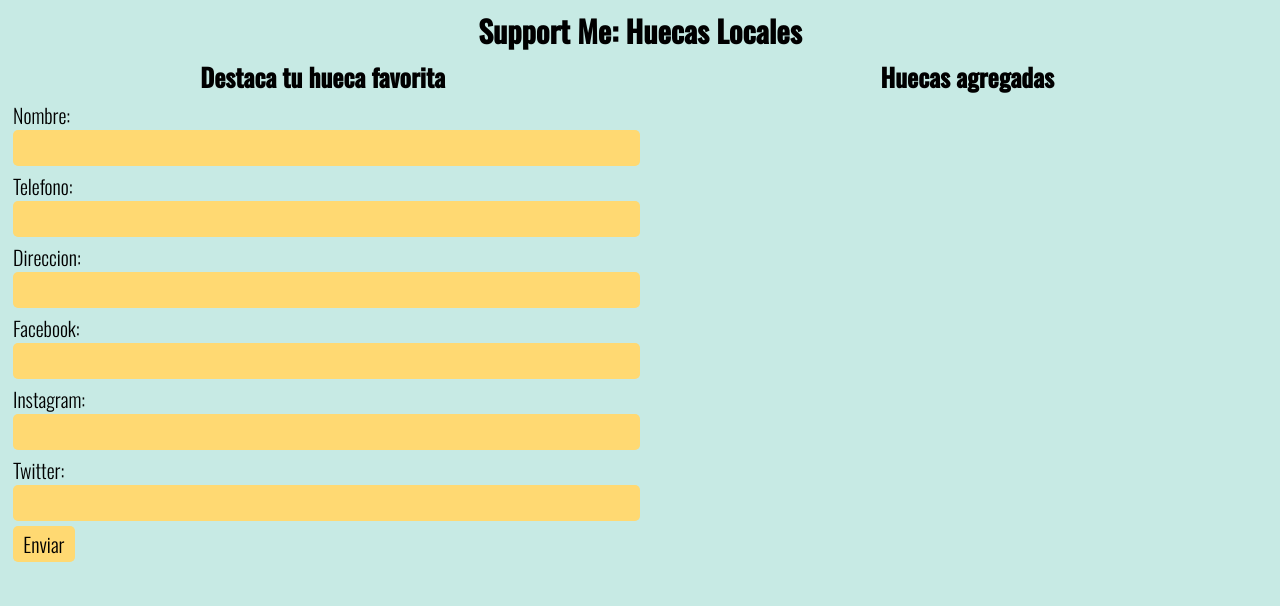
Repository: renzopachecoj/huecas-website
Page: index.html
These files come from the project's save history. The page is drawn as it stood at one moment and after the next save; the edit follows.
The browser window is 1280 px wide. The pictures show the whole page.

Above is the page before, as saved 2020-08-01 15:24:28.

After the next save:
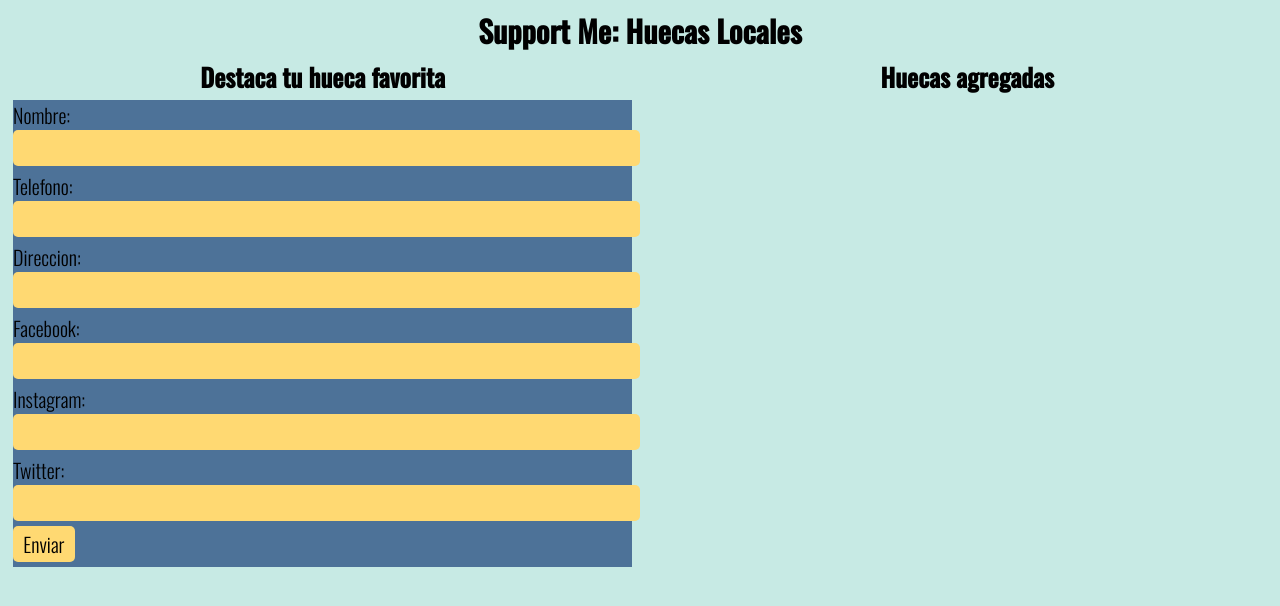
Saved 98 s later.
--- a/styles.css
+++ b/styles.css
@@ -47,3 +47,6 @@ input[value="Enviar"]{
     width: 10%;
     z-index: 100;
 }
+form{
+    background-color: #4D7298;
+}
